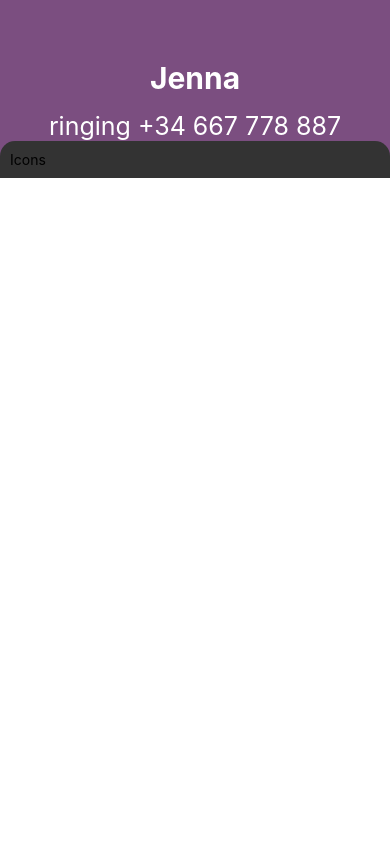
Repository: JennaFi/VideoCallApp
Screen: /
These files come from the project's save history. The screen is drawn as it stood at one moment and after the next save; the edit follows.
The app was drawn by React Native's web renderer in a window 390 px wide. The project was rebuilt for these pictures with package versions that can differ from the ones it lists, and the page was loaded fresh each time.

Above is the screen before, as saved 2022-01-11 23:54:35.

### App.js
/**
 * Sample React Native App
 * https://github.com/facebook/react-native
 *
 * @format
 * @flow strict-local
 */


import React from 'react';
import {
  SafeAreaView, StatusBar
} from 'react-native';
import CallingScreen from './src/screens/CallingScreen/index';




const App = () => {


  return (
    <SafeAreaView >
      <StatusBar barStyle={'dark-content'} />

      {/* <ContactsScreen /> */}
      <CallingScreen />

    </SafeAreaView>
  )
}



export default App

### src/screens/CallingScreen/index.js
import React from 'react'
import { StyleSheet, Text, View } from 'react-native'

const CallingScreen = () => {
  return (
    <View style={styles.page}>
      <View style={styles.cameraPreview}>
        <Text style={styles.name}>Jenna</Text>
        <Text style={styles.phoneNumber}>ringing +34 667 778 887</Text>
      </View>
      <View style={styles.buttonsContainer}>
        <Text>Icons</Text>
      </View>


    </View>)
}



const styles = StyleSheet.create({
  page: {
    height: '100%',
    backgroundColor: '#7b4e80',

  },
  cameraPreview: {

    flex: 1,
    alignItems: 'center',
    paddingTop: 10,
    paddingHorizontal: 10


  },
  name: {
    fontSize: 30,
    fontWeight: 'bold',
    color: 'white',
    marginTop: 50,
    marginBottom: 15


  },
  phoneNumber: {
    fontSize: 25,
    color: 'white'

  },
  buttonsContainer: {

    backgroundColor: '#333333',
    padding: 10,
    borderTopLeftRadius: 15,
    borderTopRightRadius: 15,


  }
})

export default CallingScreen

After the next save:
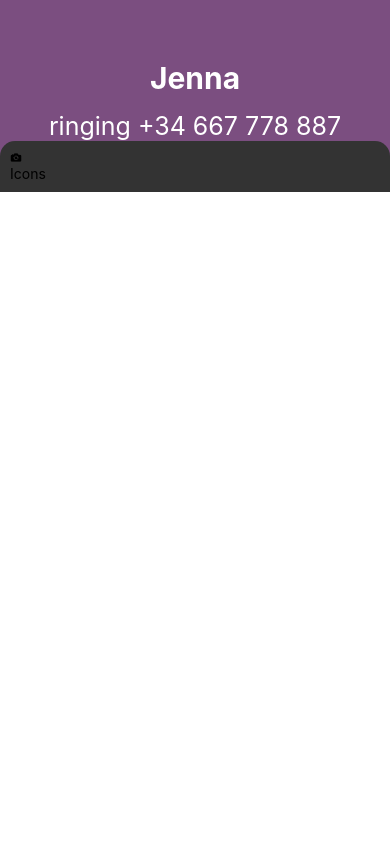
Saved 11 min 39 s later.
--- a/src/screens/CallingScreen/index.js
+++ b/src/screens/CallingScreen/index.js
@@ -1,5 +1,6 @@
 import React from 'react'
 import { StyleSheet, Text, View } from 'react-native'
+import Ionicons from 'react-native-vector-icons/Ionicons'
 
 const CallingScreen = () => {
   return (
@@ -9,6 +10,7 @@ const CallingScreen = () => {
         <Text style={styles.phoneNumber}>ringing +34 667 778 887</Text>
       </View>
       <View style={styles.buttonsContainer}>
+        <Ionicons name='ios-camera-reverse' />
         <Text>Icons</Text>
       </View>
 
